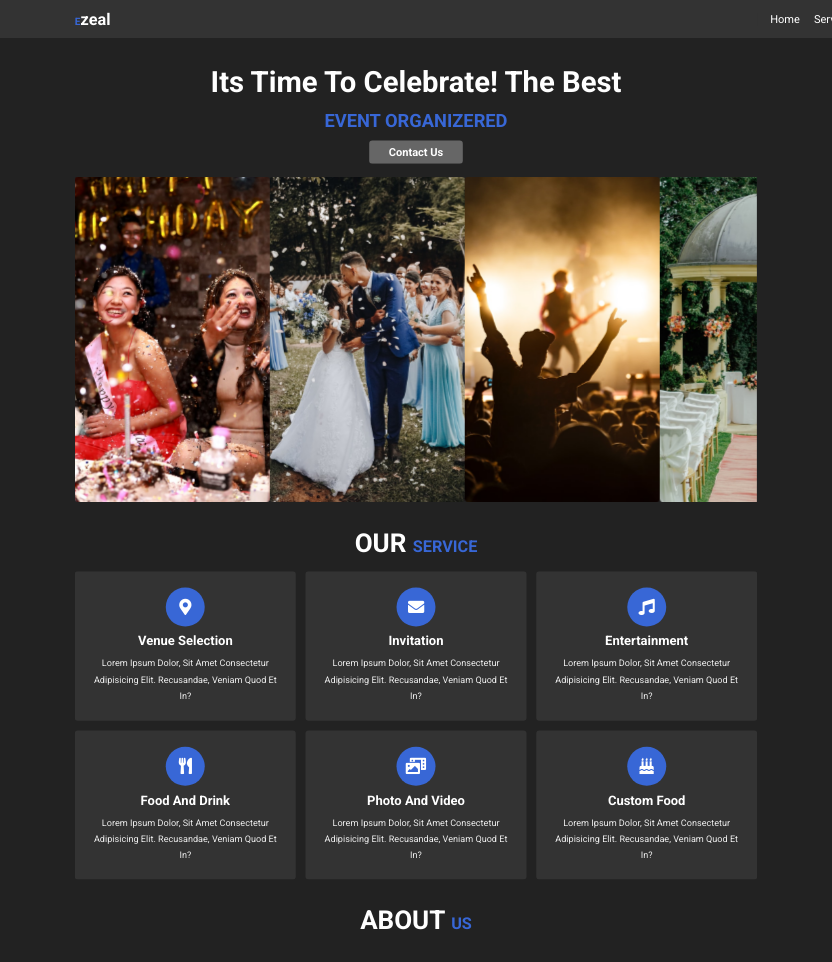
Repository: Jayce1607/First-clone
Page: html/index.html
An editor plug-in stored every save of this project. The page is shown before and after the next save, followed by the edit.
The browser window is 1280 px wide. The pictures show the whole page, at 65% of full size.

Above is the page before, as saved 2021-08-26 19:13:55.
Console error: ReferenceError: Swiper is not defined

### html/index.html
<!DOCTYPE html>
<html lang="en">
<head>
  <meta charset="UTF-8">
  <meta http-equiv="X-UA-Compatible" content="IE=edge">
  <meta name="viewport" content="width=device-width, initial-scale=1.0">
  <title>Event Organizer Website Design Using HTML - CSS - Javascript </title>
  <link rel="stylesheet" href="../css/reset.css">
  <link rel="stylesheet" href="../css/app.css">
  <link
  rel="stylesheet"
  href="https://unpkg.com/swiper@7/swiper-bundle.min.css"
/>
  <link rel="stylesheet" href="https://cdnjs.cloudflare.com/ajax/libs/font-awesome/5.15.4/css/all.min.css">
  <link rel="preconnect" href="https://fonts.googleapis.com">
<link rel="preconnect" href="https://fonts.gstatic.com" crossorigin>
<link href="https://fonts.googleapis.com/css2?family=Roboto:ital,wght@0,100;0,300;0,400;0,500;0,700;0,900;1,900&display=swap" rel="stylesheet">

</head>
<body>
  <!-- header start -->
  <header class="header">
    <a href="#" class="logo"><span>E</span>zeal</a>
    <nav class="navbar">
      <a href="#home">Home</a>
      <a href="#service">Service</a>
      <a href="#about">about</a>
      <a href="#galery">galery</a>
      <a href="#price">price</a>
      <a href="#contact">Contact</a>
    </nav>
    <div id="menu-bars" class="fa fa-bars"></div>
  </header>

  <!-- header end  -->
  <!-- home section start -->
  <section class="home" id="home">
    <div class="content">
      <h3>its time to celebrate! the best <span>event organizered</span></h3>
      <a href="#" class="btn">Contact Us</a>
    </div>
    <div class="swiper mySwiper home-slider ">
      <div class="swiper-wrapper wrapper">
        <div class="swiper-slide">
          <img src="../images/slide-1.jpg" alt="">
        </div>
        <div class="swiper-slide">
          <img src="../images/slide-2.jpg" alt="">
        </div>
        <div class="swiper-slide">
          <img src="../images/slide-3.jpg" alt="">
        </div>
        <div class="swiper-slide">
          <img src="../images/slide-4.jpg" alt="">
        </div>
        <div class="swiper-slide">
          <img src="../images/slide-5.jpg" alt="">
        </div>
      </div>
    </div>
  </section>
  <!-- home section end -->
<!-- service section start -->
  <section class="service" id="service">
    <h1 class="heading">Our <span>Service</span></h1>
    <div class="box-container">
      <div class="box">
        <i class="fas fa-map-marker-alt"></i>
        <h3>Venue selection </h3>
        <p>Lorem ipsum dolor, sit amet consectetur adipisicing elit. Recusandae, veniam quod et in?</p>
      </div>
      <div class="box">
        <i class="fas fa-envelope"></i>
        <h3>Invitation </h3>
        <p>Lorem ipsum dolor, sit amet consectetur adipisicing elit. Recusandae, veniam quod et in?</p>
      </div>
      <div class="box">
        <i class="fas fa-music"></i>
        <h3>Entertainment </h3>
        <p>Lorem ipsum dolor, sit amet consectetur adipisicing elit. Recusandae, veniam quod et in?</p>
      </div>
      <div class="box">
        <i class="fas fa-utensils"></i>
        <h3>Food and Drink</h3>
        <p>Lorem ipsum dolor, sit amet consectetur adipisicing elit. Recusandae, veniam quod et in?</p>
      </div>
      <div class="box">
        <i class="fas fa-photo-video"></i>
        <h3>Photo and Video</h3>
        <p>Lorem ipsum dolor, sit amet consectetur adipisicing elit. Recusandae, veniam quod et in?</p>
      </div>
      <div class="box">
        <i class="fas fa-birthday-cake"></i>
        <h3>Custom Food</h3>
        <p>Lorem ipsum dolor, sit amet consectetur adipisicing elit. Recusandae, veniam quod et in?</p>
      </div>
    </div>
  </section>
<!-- service section end -->
<!-- about section start -->
  <section class="about" id="about">
    <h1 class="heading">About <span>Us</span></h1>
  </section>

<!-- about section end -->

  <script src="../javascript/starter.js"></script>
  <script src="https://unpkg.com/swiper@7/swiper-bundle.min.js"></script>
</body>
</html>

### css/reset.css
:root{
  --main-color:#3867d6;

}
*{
  margin: 0;
  padding: 0;
  border: 0;
  font-size: 100%;
  text-decoration: none;
  text-transform: capitalize;
  transition: .2s linear;
  font-family: 'Roboto', sans-serif;

 }
html, body, div, span, applet, object, iframe,h1, h2, h3, h4, h5, h6, p{
  margin: 0;
  padding: 0;
  border: 0;
  font-size: 62.5%;
  font-family: 'Roboto', sans-serif;
  overflow-x: hidden;
  scroll-padding-top: 7rem;
  scroll-behavior: smooth;
}
html::-webkit-scrollbar{
  width: 1rem;
}
html::-webkit-scrollbar-track{
background: #444;
}
html::-webkit-scrollbar-thumb{
  background: var(--main-color);
  border-radius: 5rem;
}
body{
  background-color: #222;
}
ol, ul {
  list-style: none;
}
img{
  object-fit: cover;
  max-width: 100%;
  width: 100%;
}
section{
  padding: 2rem 9%;
}
.heading{
  text-align: center;
  padding-bottom: 2rem;
  color: #fff;
  text-transform: uppercase;
  font-size: 4rem;
}
.heading span{
  color: var(--main-color);
  text-transform: uppercase;
}

### css/app.css
.header {
  position: fixed;
  top: 0;
  left: 0;
  right: 0;
  z-index: 1000;
  background-color: #333;
  display: flex;justify-content: space-between;
  align-items: center;
  padding: 1.5rem 9%;
}
.header .logo{
  font-weight: bolder;
  font-size: 2.5rem;
  color: #fff;
}
.header .logo span{
  color:var(--main-color);
}
.header .navbar a{
  font-size: 1.7rem;
  color: #fff;
 margin-left: 2rem;
}
.header .navbar a:hover{
  color: var(--main-color);
}
#menu-bars{
  font-size: 3rem;
  color: #fff;
  cursor: pointer;
  display: none;
}
.btn{
  margin-top: 1rem;
  display: inline-block;
  padding: 0.8rem 3rem;
  font-size: 1.7rem;
  border-radius: .5rem;
  border: 0;
  background: #666;
  color: #fff;
  cursor: pointer;
  font-weight: 600;
}
.btn:hover{
  background-color: var(--main-color);
}
/* home section */
.home{
 /* margin-top: 6rem; */

}
.home .content {
  text-align: center;
  padding-top: 6rem;
  margin: 2rem auto;
  max-width: 70rem;
}
.home .content h3{
  font-size: 4.5rem;
  text-align: center;
  color: #fff;
}
.home .content h3 span{
  color: var(--main-color);
  text-transform: uppercase;
}
.home .home-slider .swiper-slide{
  overflow: hidden;
  border-radius: .5rem;
  height: 50rem;
  width: 30rem;
}
.home .home-slider .swiper-slide img{
  width: 100%;
  height: 100%;
  object-fit: cover;
}
/* services */
.service .box-container{
  display: grid;
  grid-template-columns: repeat(auto-fit,minmax(27rem,1fr));
  grid-gap: 1.5rem;
}
.service .box-container .box{
  border-radius: .5rem;
  background-color: #333;
  text-align: center;
  padding: 2.5rem;
}
.service .box-container .box i{
  height: 6rem;
  width: 6rem;
  line-height: 6rem;
  border-radius: 50%;
  font-size: 2.5rem;
  color: #fff;
  background: var(--main-color);
}
.service .box-container .box h3{
  font-size: 2rem;
  color: #fff;
  padding: 1rem 0;
}
.service .box-container .box p{
  font-size: 1.4rem;
  color: #eee;
 line-height: 1.8;
}




























/* media queries */
@media (max-width:991px){
  html{
    font-size: 55%;
  }
  .header{
    padding: 1.5rem 2rem;
  }
  section{
    padding: 2rem;
  }

}
@media (max-width:767px){
  .header #menu-bars{
    display: initial;
  }
  .header .navbar{
    position: absolute;
    top: 100%;
    right: 0;
    bottom: 0;
    left: 0;
    border-top: .1px solid #222;
    background-color: #333;
    transform: translateX(100%);
    opacity: 0;
    transition: opacity .5s linear;
  }
  .header .navbar.active{
    transform: translateX(0);
    opacity: 1;
  }
  .fa-times{
    transform: rotate(180deg);
  }
  .header .navbar a{
    display: flex;

    padding: 1.3rem;
    border-radius: .5rem;
    margin: 1.3rem;
    font-size: 1.5rem;
    background:#444;

  }
  .home .content h3{
    font-size: 4rem;
  }
}
@media (max-width:450px){
  html{
    font-size: 50%;
  }
  .home .home-slider .swiper-slide{
    width: 27rem;
  }


}

### javascript/starter.js
const menu=document.querySelector("#menu-bars");
let navbar=document.querySelector(".navbar");
// menu.addEventListener("click",function(e){
//   navbar.style. clipPath="";
// })
menu.addEventListener("click",function(e){
  e.target.classList.toggle("fa-times");
  navbar.classList.toggle("active")
})

window.onscroll=()=>{
  menu.classList.remove("fa-times")
  navbar.classList.remove("active")

}


// slider
var swiper = new Swiper(".home-slider", {
  effect: "coverflow",
  grabCursor: true,
  centeredSlides: true,
  slidesPerView: "auto",
  coverflowEffect: {
    rotate: 0,
    stretch: 0,
    depth: 100,
    modifier: 2,
    slideShadows: true,
  },
  loop:true,
  autoplay:{
    delay:3000,
    disableOnInteraction:false,
  }
});
// end Slider

After the next save:
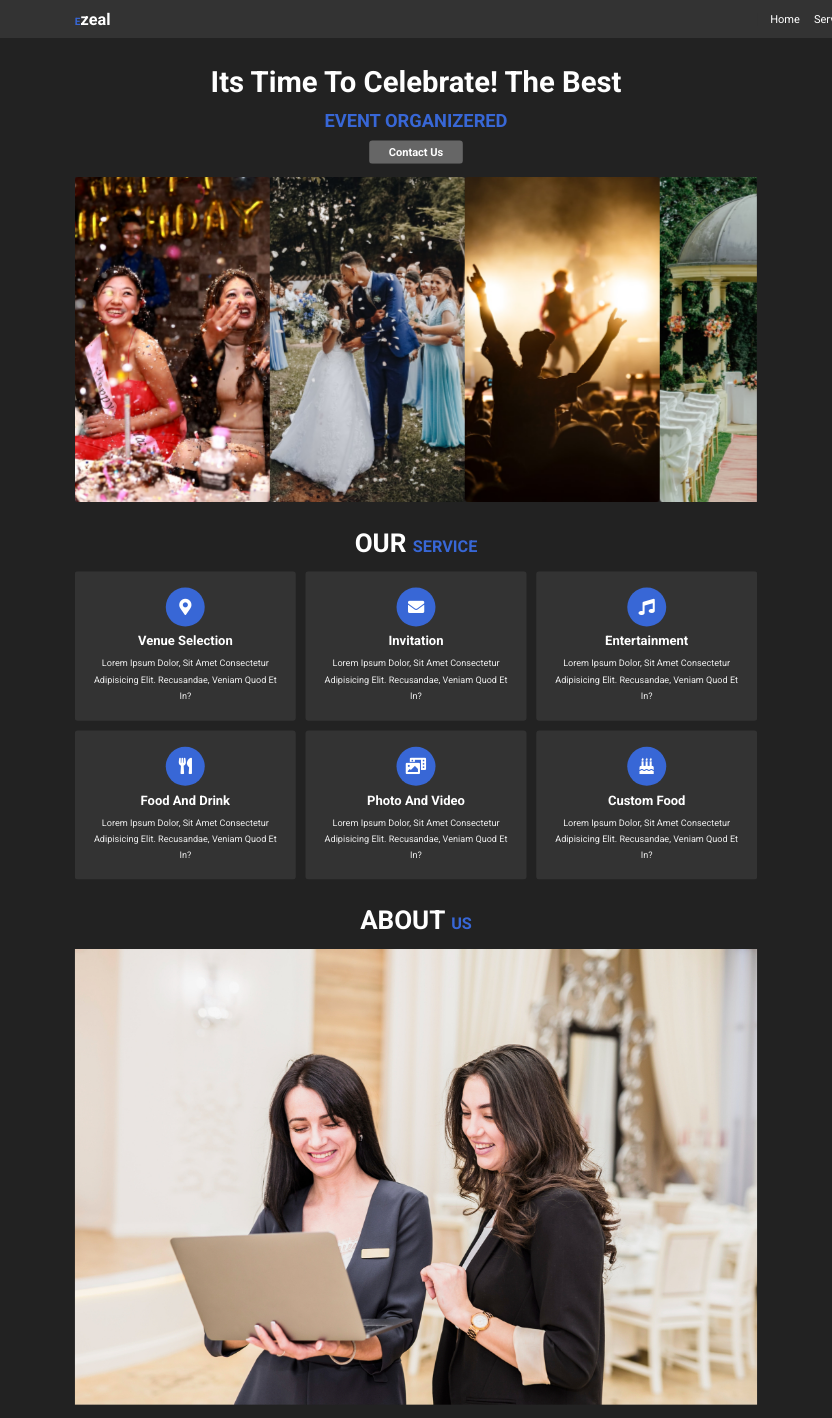
Saved 28 s later.
--- a/html/index.html
+++ b/html/index.html
@@ -100,6 +100,11 @@
 <!-- about section start -->
   <section class="about" id="about">
     <h1 class="heading">About <span>Us</span></h1>
+    <div class="row">
+      <div class="image">
+        <img src="../images/about-img.jpg" alt="">
+      </div>
+    </div>
   </section>
 
 <!-- about section end -->
